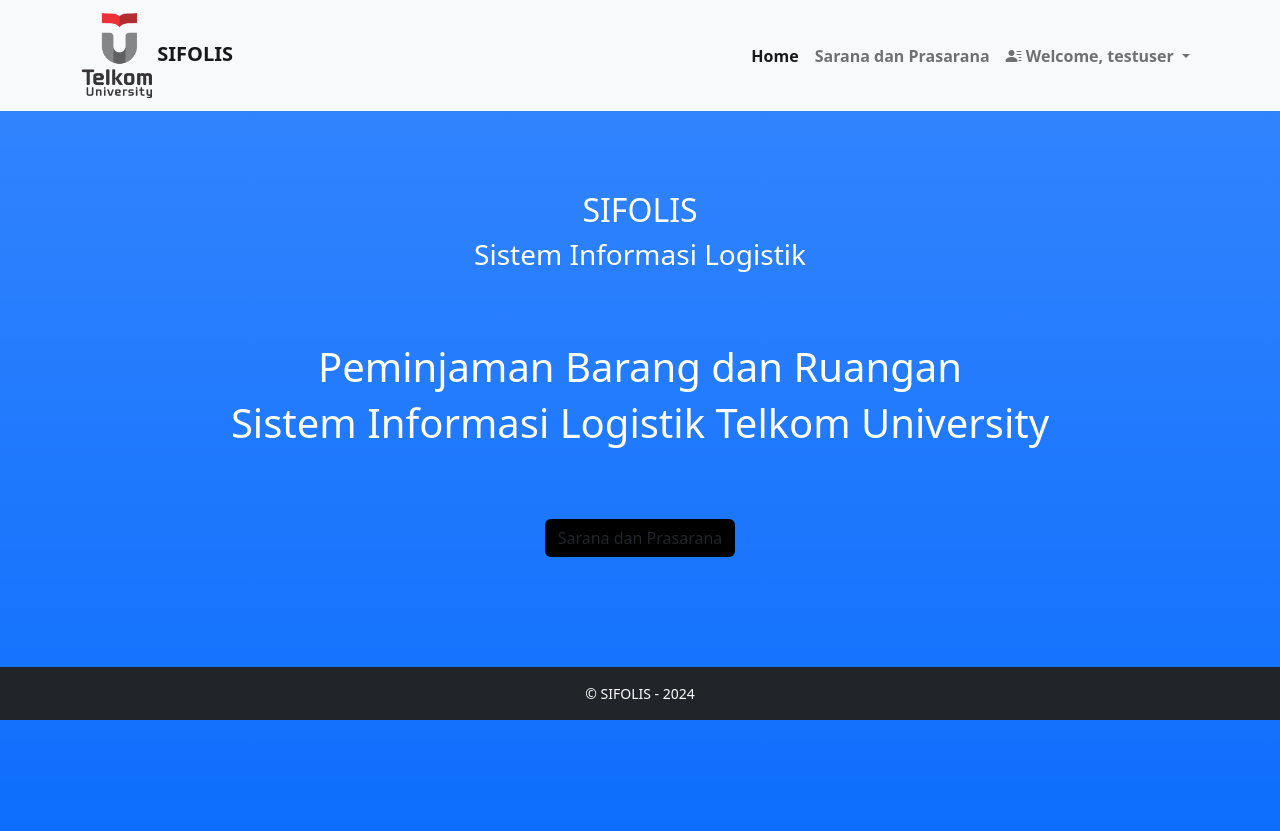
Repository: Audi87/uas_framework
Page: http://localhost/
These files come from the project's save history. The page is drawn as it stood at one moment and after a run of saves; the edit follows.
The browser window is 1280 px wide. The pictures show the whole page.
Some web libraries are served in a nearby version. The page is served by the project's Laravel application, run on PHP 8.4 with Laravel 10. A made-up administrator, Test User (test@example.com), is signed in.

Above is the page before, as saved 2024-06-13 20:36:18.

After the next 3 saves:
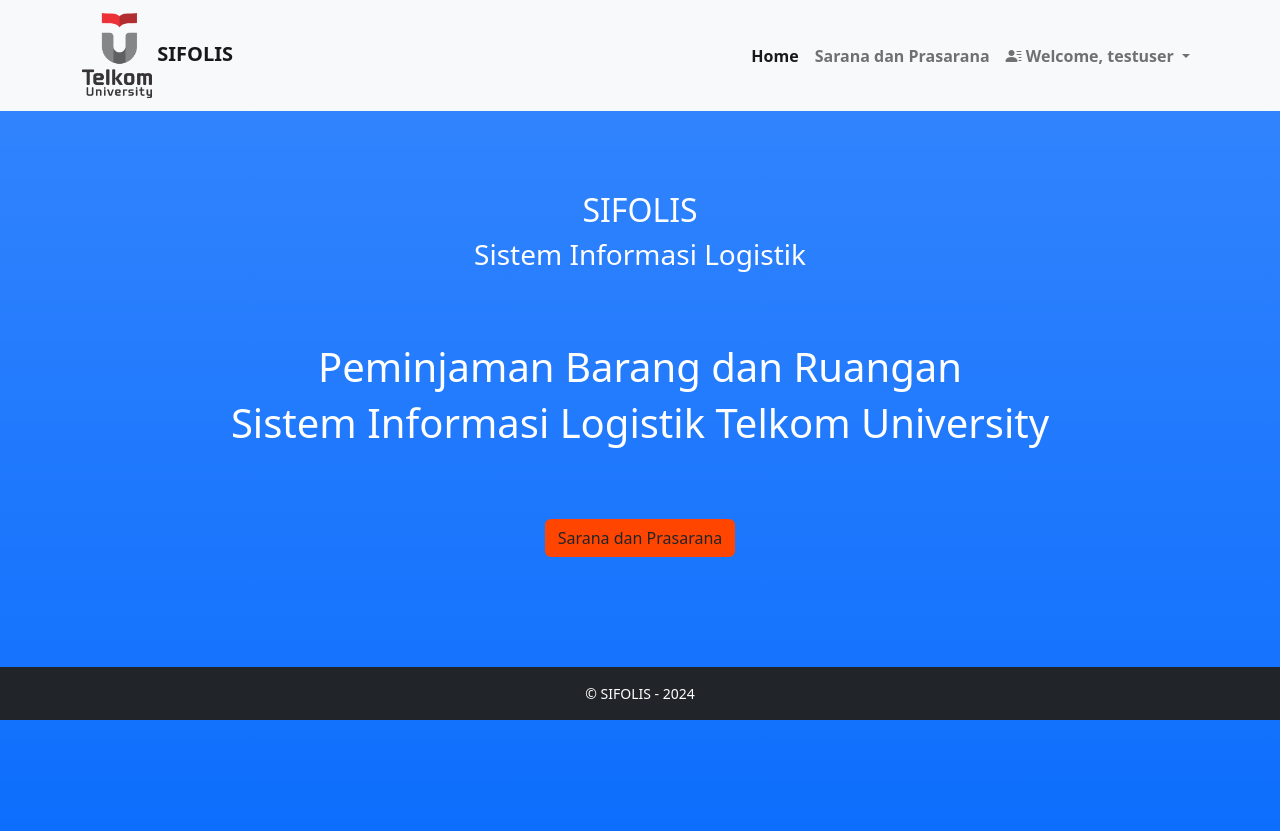
The 3 saves are shown as one change because they came seconds apart.
The last was saved 10 s later.
--- a/public/css/style.css
+++ b/public/css/style.css
@@ -49,5 +49,5 @@
 }
 
 .btn {
-    background: #000;
+    background:orangered;
 }
